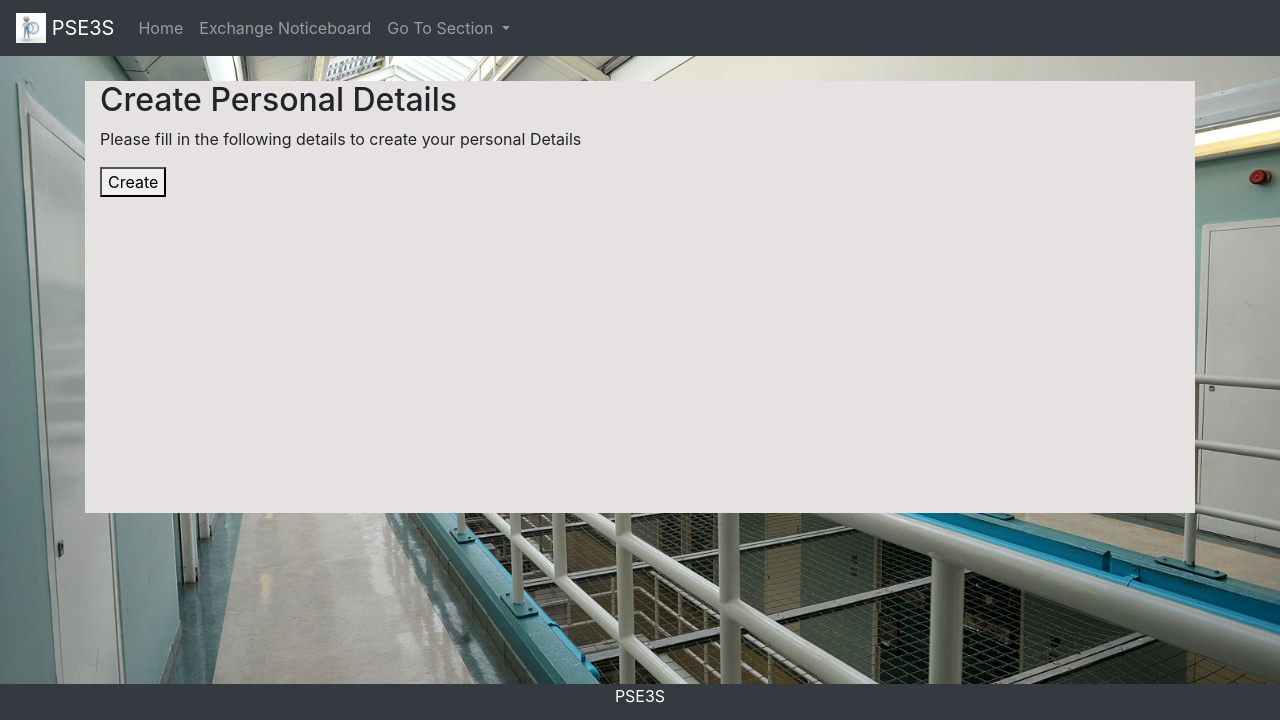
Repository: KikiDow/DitProjPractise2
Page: clockings/templates/create_personal_details.html
The author's editor kept a record of every edit. The page is drawn from the files as they stood at one moment, then again after the next edit.
The browser window is 1280 px wide. The pictures show the whole page.
Some web libraries are served in a nearby version. The template is drawn by Django 2.2. The application's start-up code is not run. Other server files are loaded and not shown. The template is opened directly, without the code that normally fills it, so the values that code supplies are empty.

Above is the page before.

### clockings/templates/create_personal_details.html
{% extends 'base.html'%} {% block content %}
<h2> Create Personal Details </h2>
<p>Please fill in the following details to create your personal Details</p>
<form method="POST" enctype="multipart/form-data">
    {% csrf_token %}
    {{ edit_personal_details_form }}

    <button type="submit">Create</button>
</form>
{% endblock %}

### templates/base.html
{% load staticfiles %}
<!DOCTYPE html>
<html lang="en">

<head>
    <meta charset="UTF-8">
    <meta name="viewport" content="width=device-width, initial-scale=1.0">
    <meta http-equiv="X-UA-Compatible" content="ie=edge"/>
    <title>DIT Proj Practise 2</title>
    <link rel="stylesheet" href="https://cdn.jsdelivr.net/npm/bootstrap@4.5.3/dist/css/bootstrap.min.css" integrity="sha384-TX8t27EcRE3e/ihU7zmQxVncDAy5uIKz4rEkgIXeMed4M0jlfIDPvg6uqKI2xXr2" crossorigin="anonymous">
    <link rel="stylesheet" href="https://maxcdn.bootstrapcdn.com/font-awesome/4.7.0/css/font-awesome.min.css" type="text/css" />
    <script src="https://cdnjs.cloudflare.com/ajax/libs/jquery/3.2.1/jquery.min.js"></script>
    <link rel="stylesheet" href="{% static 'css/custom_styles.css' %}"> {% block head_js %} {% endblock head_js %}
    <style type="text/css">
        body {
         background: url('{% static "images/bg_image_1.jpg" %}') no-repeat center center fixed;
         height: 100%;
         -webkit-background-size: cover;
         -moz-background-size: cover;
         -o-background-size: cover;
         background-size: cover;
        }
</style>
</head>
<body>
    <header>
        <nav class="navbar navbar-expand-lg navbar-dark bg-dark">
            <a class="navbar-brand" href="#"><img src="{% static 'images/time_keeping_man.jpg' %}" width="30" height="30" class="d-inline-block align-top" alt="" loading="lazy"> PSE3S </a>
                <button class="navbar-toggler" type="button" data-toggle="collapse" data-target="#navbarSupportedContent" aria-controls="navbarSupportedContent" aria-expanded="false" aria-label="Toggle navigation">
                <span class="navbar-toggler-icon"></span>
                </button>

            <div class="collapse navbar-collapse" id="navbarSupportedContent">
                <ul class="navbar-nav justify-content-end">
                    <li class="nav-item">
                        <a class="nav-link" href="#"> Home </a>
                    </li>
                    <li class="nav-item">
                        <a class="nav-link" href="#"> Exchange Noticeboard </a>
                    </li>
                    <li class="nav-item dropdown">
                        <a class="nav-link dropdown-toggle" href="#" id="navbarDropdown" role="button" data-toggle="dropdown" aria-haspopup="true" aria-expanded="false">
                            Go To Section
                        </a>
                        <div class="dropdown-menu" aria-labelledby="navbarDropdown">
                            <a class="dropdown-item" href="#"> Abscences </a>
                            <a class="dropdown-item" href="#"> Annual Leave </a>
                            <a class="dropdown-item" href="#"> Clockings </a>
                            <a class="dropdown-item" href="#"> Exchanges </a>
                            <a class="dropdown-item" href="#"> Overtime </a>
                            <a class="dropdown-item" href="#"> Personal Details </a>
                        </div>
                    </li>
                </ul>
            </div>
        </nav>
    </header>
    {% if messages %}
    <div class="alert alert-success">
        <div class="messages">
            {% for message in messages %} {{ message }} {% endfor %}
        </div>
    </div>
    {% endif %}
    <div class="container">
        <div>
            <ul class="nav nav-pills justify-content-end" style="margin-top:5px;">
                {% if user.is_authenticated %}
                <li role="presentation" class="nav-item"><a class="nav-link btn btn-secondary btn-sm" style="margin-left:5px; margin-right:5px;" href=""><span class="glyphicon glyphicon-user" aria-hidden="true"></span> Clock </a></li>
                <li class="nav-item">
                    <a class="nav-link btn btn-secondary btn-sm" style="margin-left:5px; margin-right:5px;" href="">
                          Notifications
                        <!-- {% if new_notifications > 0 %} -->
                            <label class="badge badge-primary"> 0 </label>
                        <!-- {% endif %} -->
                    </a>

                </li>
                <li role="presentation" class="nav-item "><a class="nav-link btn btn-secondary btn-sm" style="margin-left:5px; margin-right:5px;" href=""><span class="glyphicon glyphicon-off" aria-hidden="true"></span>  Log Out</a></li>
                {% endif %}
            </ul>
        </div>
        <div class="container main-block border-border-info">
            {% block content %} {% endblock %}
        </div>
    </div>
    <script src="https://code.jquery.com/jquery-3.5.1.slim.min.js" integrity="sha384-DfXdz2htPH0lsSSs5nCTpuj/zy4C+OGpamoFVy38MVBnE+IbbVYUew+OrCXaRkfj" crossorigin="anonymous"></script>
    <script src="https://cdn.jsdelivr.net/npm/bootstrap@4.5.3/dist/js/bootstrap.bundle.min.js" integrity="sha384-ho+j7jyWK8fNQe+A12Hb8AhRq26LrZ/JpcUGGOn+Y7RsweNrtN/tE3MoK7ZeZDyx" crossorigin="anonymous"></script>
    <script src="{% static 'javascript/DITProjPractise2.js' %}"></script>
    <footer class="bg-dark">
        <div class="container">
            <div class="row">
                <div class="col-4 col-sm-1"></div>
                <div class="col-4 col-sm-10">
                    PSE3S
                </div>
                <div class="col-4 col-sm-1"></div>
            </div>
        </div>
    </footer>
</body>
</html>

### static/css/custom_styles.css
/* ------------------------------------------ FOOTER -------------------- */
footer {
  position: fixed;
  left: 0;
  bottom: 0;
  height: 5vh;
  width: 100%;
  color: white;
  text-align: center;
}

/* ------------------------------------------ MAIN CONTENT BLOCK -------- */
.main-block {
    background-color: #E6E2E1;
    margin-top: 20px;
    margin-bottom: 7vh;
    min-height: 60vh;
}

/* ------------------------------------------ JUMBOTRON ------------------ */
.jumbotron {
  margin-top: 2vh;
  padding-top: 3vh;
  padding-bottom: 3vh;
}

.card {
  padding-top: 1vh;
  padding-bottom: 1vh;
  margin-bottom: 2vh;
}

### static/javascript/DITProjPractise2.js
/*global navigator*/
/*global $*/


var x = document.getElementById("coords_info");
var latitude;
var longitude;

function getLocation() {
  if (navigator.geolocation) {
    navigator.geolocation.getCurrentPosition(showPosition);
  } else {
    x.innerHTML = "Geolocation is not supported by this browser.";
  }
}

function showPosition(position) {
  x.innerHTML = "Latitude: " + position.coords.latitude +
  "<br>Longitude: " + position.coords.longitude;
  console.log(position.coords.latitude)
  console.log(position.coords.longitude)
}

function showLocationOnMap() {
    if (navigator.geolocation) {
        navigator.geolocation.getCurrentPosition(showCurrentLocationOnMap);
    } else {
        x.innerHTML("Gelocation is not supported by this browser.")
    }
}

function showCurrentLocationOnMap(position) {
  var crd = position.coords;
  var current_lat = crd.latitude;
  var current_lon = crd.longitude;
  var coords = current_lat + ', ' + current_lon;
  document.getElementById("google_map").setAttribute('src', 'https://maps.google.co.uk?q='+ coords +'&z=60&output=embed')
}

function successCoords(position) {
  var crd = position.coords;
  latitude = crd.latitude;
  longitude = crd.longitude;
  console.log(latitude, longitude);
  $.ajax({
            url: "{% url 'remote_clock_page' %}",
            data: {
                "latitude": latitude,
                "longitude": longitude
            },
            type: "GET",
            cache: false,
            success: function(data, jqXHR){
                console.log(this.data + ", " + this.url);
            },
            error: function(data){
                console.log("In this error");
            }
        });
}

After the next edit:
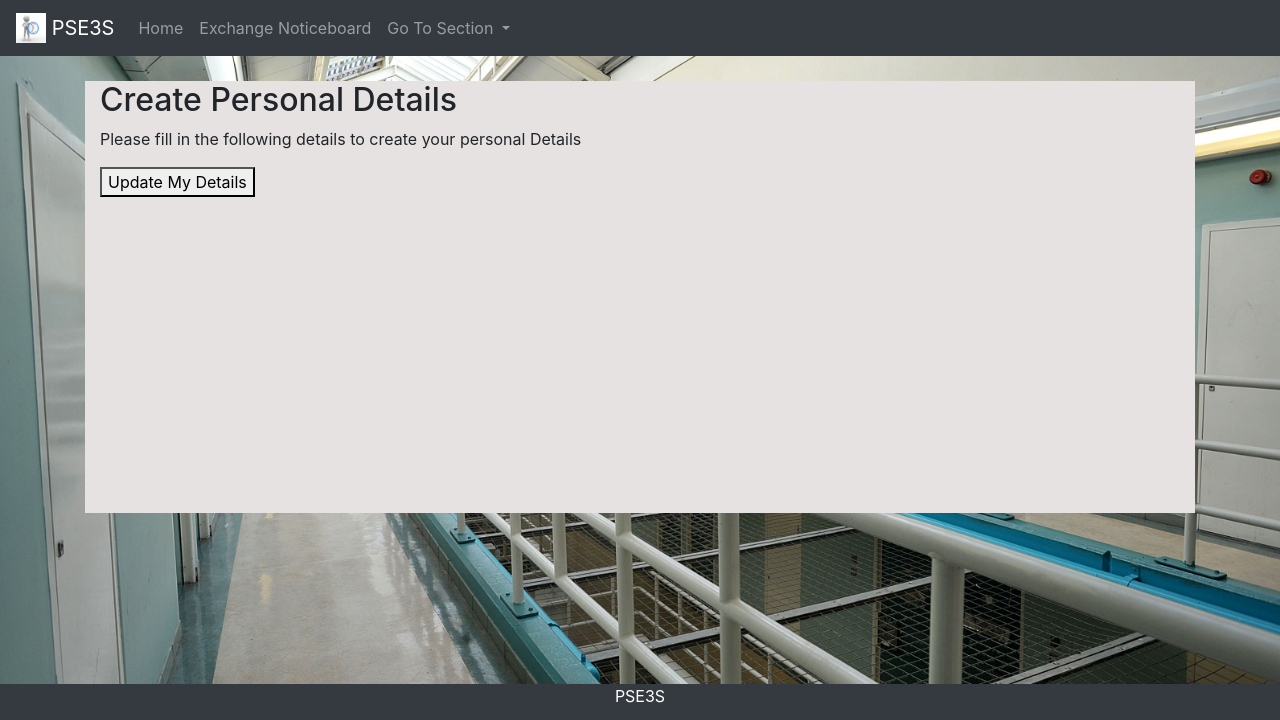
The edit:
--- a/clockings/templates/create_personal_details.html
+++ b/clockings/templates/create_personal_details.html
@@ -5,6 +5,6 @@
     {% csrf_token %}
     {{ edit_personal_details_form }}
 
-    <button type="submit">Create</button>
+    <button type="submit" onclick="return confirm('Are you sure you want to make these changes?')">Update My Details</button>
 </form>
 {% endblock %}
